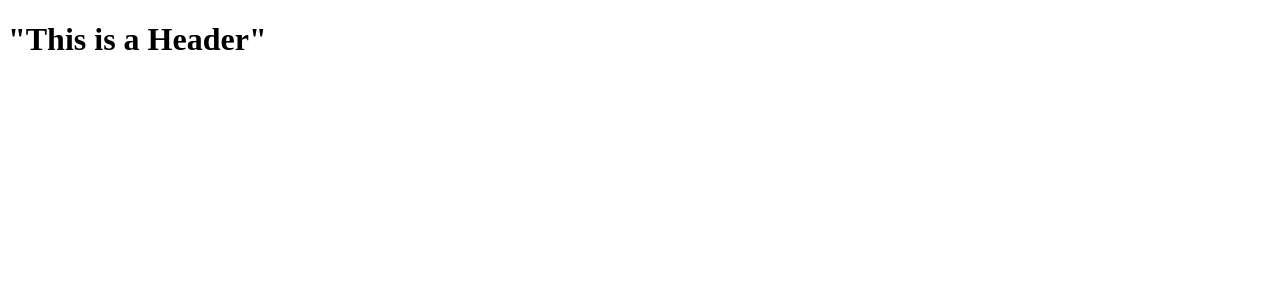
Repository: b3f815/git-test
Page: index.html
These files come from the project's save history. The page is drawn as it stood at one moment and after the next save; the edit follows.
The browser window is 1280 px wide. The pictures show the whole page.

Above is the page before, as saved 2020-08-26 17:35:54.

### index.html
<!DOCTYPE html>

<html>
    <head></head>
    <body>
        <h1>"This is a Header"</h1>
    </body>
</html>

After the next save:
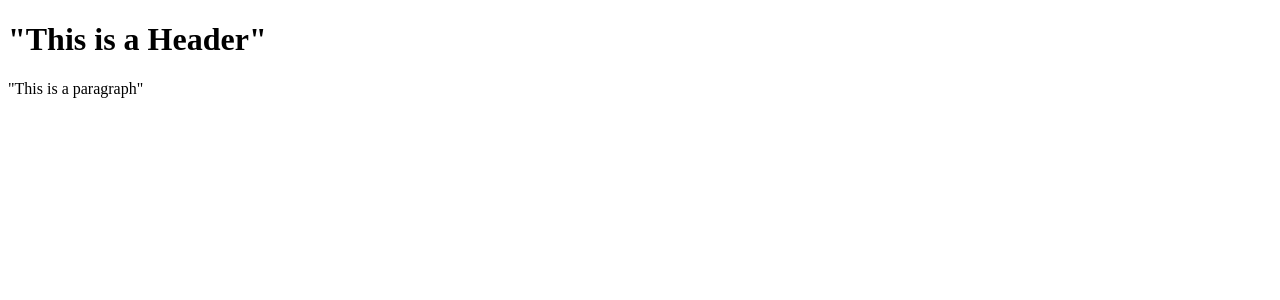
Saved 4 min 54 s later.
--- a/index.html
+++ b/index.html
@@ -4,5 +4,6 @@
     <head></head>
     <body>
         <h1>"This is a Header"</h1>
+        <p>"This is a paragraph"</p>
     </body>
 </html>
